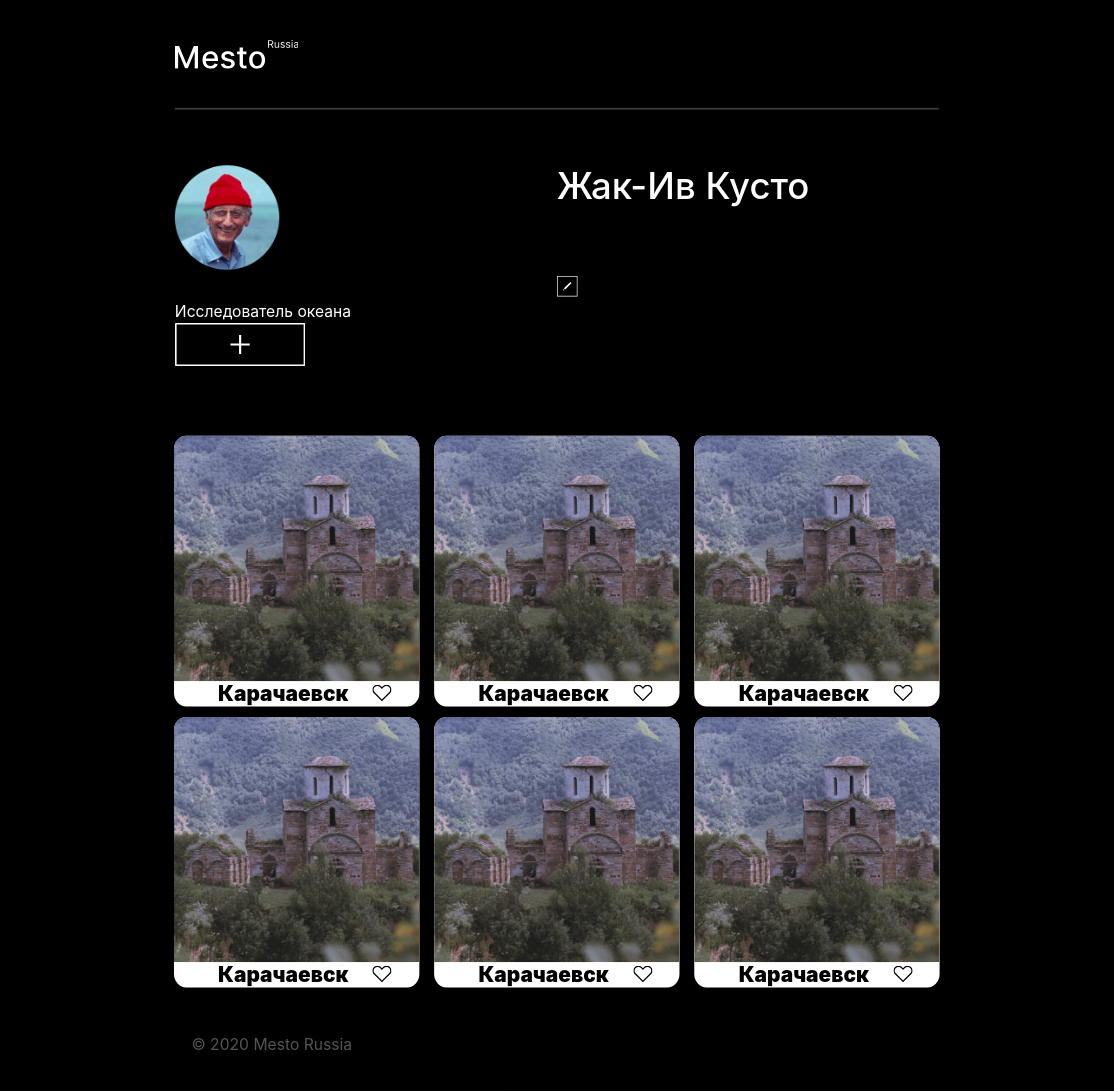
Repository: Ivan2399/mesto-project
Page: index.html
An editor plug-in stored every save of this project. The page is shown before and after the next save, followed by the edit.
The browser window is 1280 px wide. The pictures show the whole page, at 87% of full size.

Above is the page before, as saved 2021-11-16 18:18:24.

### index.html
<!DOCTYPE html>
<html lang="ru">

<head>
    <meta charset="UTF-8">
    <meta http-equiv="X-UA-Compatible" content="IE=edge">
    <meta name="viewport" content="width=device-width, initial-scale=1.0">
    <link rel="stylesheet" href="./pages/index.css" />
    <title>Mesto</title>
</head>

<body class="root">
    <div class="page">
        <header class="header">
            <div class="header__container">
                <img class="header__logo" src="images/logo/Vector.svg" alt="Логотип">
                <div class="header__line"></div>
            </div>
        </header>
        <main class="content">
            <section class="profile">
                    <div class="profile__avatar" alt="Аватарка"></div>
                    <h2 class="profile__nickname">Жак-Ив Кусто</h2>
                    <p class="profile__hobbyname">Исследователь океана</p>
                    <button class="profile__buttons_type_editig"></button>
                    <button class="profile__buttons_type_add"></button>
            </section>
            <section class="table">
                <div class="table__container table__container_mobile">
                    <div class="table__card">
                        <img class="table__image" src="images/table/Karachaevsk.png" alt="Крепость">
                        <h2 class="table__title">Карачаевск <img class="table__button table__button_active" src="images/buttons/Vector.svg" alt="Лайк"></h2>
                    </div>
                    <div class="table__card">
                        <img class="table__image" src="images/table/Karachaevsk.png" alt="Крепость">
                        <h2 class="table__title">Карачаевск <img class="table__button table__button_active" src="images/buttons/Vector.svg" alt="Лайк"></h2>
                    </div>
                    <div class="table__card">
                        <img class="table__image" src="images/table/Karachaevsk.png" alt="Крепость">
                        <h2 class="table__title">Карачаевск <img class="table__button table__button_active" src="images/buttons/Vector.svg" alt="Лайк"></h2>
                    </div>
                    <div class="table__card">
                        <img class="table__image" src="images/table/Karachaevsk.png" alt="Крепость">
                        <h2 class="table__title">Карачаевск <img class="table__button table__button_active" src="images/buttons/Vector.svg" alt="Лайк"></h2>
                    </div>
                    <div class="table__card">
                        <img class="table__image" src="images/table/Karachaevsk.png" alt="Крепость">
                        <h2 class="table__title">Карачаевск <img class="table__button table__button_active" src="images/buttons/Vector.svg" alt="Лайк"></h2>
                    </div>
                    <div class="table__card">
                        <img class="table__image" src="images/table/Karachaevsk.png" alt="Крепость">
                        <h2 class="table__title">Карачаевск <img class="table__button table__button_active" src="images/buttons/Vector.svg" alt="Лайк"></h2>
                    </div>
                </div>
            </section>
            <section class="footer">
                <h2 class="footer__logo">© 2020 Mesto Russia</h2>
            </section>
        </main>
    </div>
</body>

</html>

### pages/index.css
@import url(../blocks/root/root.css);
@import url(../blocks/page/page.css);
@import url(../blocks/content/content.css);

/* header */

@import url(../blocks/header/header.css);
@import url(../blocks/header/__container/header__container.css);
@import url(../blocks/header/__logo/header__logo.css);
@import url(../blocks/header/__line/header__line.css);

/* profile */

@import url(../blocks/profile/profile.css);
@import url(../blocks/profile/__avatar/profile__avatar.css);
@import url(../blocks/profile/__container/profile__container.css);
@import url(../blocks/profile/__buttons/profile__buttons.css);
@import url(../blocks/profile/__buttons/_type/profile__buttons_type_add.css);
@import url(../blocks/profile/__buttons/_type/profile__buttons_type_editig.css);
@import url(../blocks/profile/__hobbyname/profile__hobbyname.css);
@import url(../blocks/profile/__nickname/profile__nickname.css);
@import url(../blocks/profile/__container/_mobile/profile__container_mobile.css);

/* table */

@import url(../blocks/table/table.css);
@import url(../blocks/table/__button/table__button.css);
@import url(../blocks/table/__card/table__card.css);
@import url(../blocks/table/__container/table__container.css);
@import url(../blocks/table/__image/table__image.css);
@import url(../blocks/table/__title/table__title.css);
@import url(../blocks/table/__container/_mobile/table__container_mobile.css);
@import url(../blocks/table/__button/_active/table__button_active.css);

/* footer */

@import url(../blocks/footer/footer.css);
@import url(../blocks/footer/__logo/footer__logo.css);

### images/buttons/Vector.svg
<svg width="22" height="19" viewBox="0 0 22 19" fill="none" xmlns="http://www.w3.org/2000/svg">
<path d="M20.2991 9.78586C22.567 7.54338 22.567 3.90213 20.2991 1.68186C18.0311 -0.560619 14.3486 -0.560619 12.0806 1.68186L10.9804 2.792L9.88007 1.70406C7.61215 -0.560619 3.92957 -0.560619 1.6841 1.68186C0.583822 2.76979 0 4.21297 0 5.74496C0 7.27695 0.606277 8.72013 1.6841 9.80806L10.9804 19L20.2991 9.78586ZM1.4371 5.74496C1.4371 4.59042 1.8862 3.52469 2.71702 2.72539C3.5703 1.88168 4.67058 1.45983 5.77086 1.45983C6.87114 1.45983 7.97142 1.88168 8.8247 2.72539L10.9804 4.83465L13.136 2.70318C14.8201 1.03798 17.582 1.03798 19.2437 2.70318C20.0521 3.50248 20.5236 4.56821 20.5236 5.72276C20.5236 6.8773 20.0745 7.94303 19.2437 8.74233L10.9804 16.9351L2.71702 8.76453C1.90865 7.94303 1.4371 6.8773 1.4371 5.74496Z" fill="black"/>
</svg>

### blocks/root/root.css
.root{
    margin: 0;
    padding: 0;
    font-family: "Inter";
    color: #FFFFFF;
}
h1,h2,h3,h4,h5,h6,p{
    margin: 0;
    padding: 0;
    font-family: "Inter";
    color: #FFFFFF;
}

### blocks/page/page.css
.page {
  background-color: #000000;
  max-width: 1280px;
  margin: auto;
}

### blocks/header/header.css
.header{
    display: grid;
}

### blocks/header/__container/header__container.css
.header__container {
  margin: 0 15.7% 0 15.7%;
  max-width: 880px;
  width: 68.6%;
}

### blocks/header/__logo/header__logo.css
.header__logo{
    margin: 5.2% 0 4.7% 0;
}
@media screen and (min-width:300px) and (max-width:600px){
    .header__logo{
        width:103.74px;
        height:24.24px;
    }
}

### blocks/header/__line/header__line.css
.header__line{
    border: 1px solid #545454;
    opacity: 0.7;
}

### blocks/profile/profile.css
.profile {
  display: grid;
  grid-template-columns: repeat(2,1fr);
  margin: 5% 15.7% 0 15.7%;
  max-width: 880px;
  width: 68.6%;
}

### blocks/profile/__avatar/profile__avatar.css
.profile__avatar{
    width:168.75px;
    height:127.5px;
    background-image: url(../../../images/avatar/Avatar.png);
    background-repeat: no-repeat;
}

### blocks/profile/__container/profile__container.css
.profile__container {
  display: flex;
  align-items: center;
  flex-direction: row;
  flex-wrap: wrap;
}

### blocks/profile/__buttons/profile__buttons.css
.profile__buttons{
    display: flex;
    flex-direction: row;
    justify-content: space-between;
    align-items: center;
}

### blocks/profile/__buttons/_type/profile__buttons_type_add.css
.profile__buttons_type_add {
  width: 150px;
  height: 50px;
  background-image: url(../../../../images/buttons/Add\ Button.svg);
  background-color: black;
  border: none;
  background-size: cover;
  background-repeat: no-repeat;

  margin-bottom: 6.7%;
}
.profile__buttons_type_add:hover {
  opacity: 0.6;
  border: 2px solid #ffffff;
  box-sizing: border-box;
  border-radius: 2px;
}

### blocks/profile/__buttons/_type/profile__buttons_type_editig.css
.profile__buttons_type_editig {
  width: 24px;
  height: 24px;
  background-image: url(../../../../images/buttons/Edit\ Button.svg);
  background-color: black;
  border: none;
  background-size: cover;
  background-repeat: no-repeat;
  margin-bottom: 6.7%;
}
.profile__buttons_type_editig:hover {
  border: 1px solid #ffffff;
  box-sizing: border-box;
}

### blocks/profile/__hobbyname/profile__hobbyname.css
.profile__hobbyname {
  font-style: normal;
  font-weight: normal;
  font-size: 18px;
  line-height: 22px;

  padding-top: 6.7%;
}

### blocks/profile/__nickname/profile__nickname.css
.profile__nickname {
  font-style: normal;
  font-weight: 500;
  font-size: 42px;
  line-height: 48px;
}

### blocks/profile/__container/_mobile/profile__container_mobile.css
.profile__container_mobile{
    grid-template-columns: repeat(auto-fit,minmax(200px,1fr));
}

### blocks/table/table.css
.table{
    max-width:880px;
    margin:4% auto 0;
}

### blocks/table/__button/table__button.css
.table__button {
  width: 22px;
  height: 19px;
  /* background-image: url(../../../images/buttons/Vector.svg);
  border: none;
  background-color: white;
  background-size: cover;
  background-repeat: no-repeat; */
  align-self: flex-end;
  margin-left: 10%;
}
.table__button:hover {
  color: #000000;
  opacity: 0.5;
}

### blocks/table/__card/table__card.css
.table__card{
    max-width: 282px;
    background-color: white;

    border-radius: 5%;

    display: flex;
    flex-direction: column;
}

### blocks/table/__container/table__container.css
.table__container{
    display: grid;
    grid-template-columns: repeat(3,1fr);
    gap:2%;
}

### blocks/table/__image/table__image.css
.table__image{
    max-width: 282px;
    max-height: 282px;
    border-radius: 5% 5% 0 0 ;
}

### blocks/table/__title/table__title.css
.table__title {
  max-width: 246px;
  font-style: normal;
  font-weight: 900;
  font-size: 24px;
  line-height: 29px;

  margin-left: 18%;
  color: #000000;
}

### blocks/table/__container/_mobile/table__container_mobile.css
.table__container_mobile{
    grid-template-columns: repeat(auto-fit, minmax(280px, 1fr));
}

### blocks/table/__button/_active/table__button_active.css
.table__button_active:active{
    background-image: url(../../../../images/buttons/Union.png);
    color: black;
}

### blocks/footer/footer.css
.footer{
    max-width: 840px;
    margin: auto;
}

### blocks/footer/__logo/footer__logo.css
.footer__logo {
  font-style: normal;
  font-weight: normal;
  font-size: 18px;
  line-height: 22px;

  color: #545454;
  margin-top: 8%;
  padding-bottom: 5%;
}

Loaded but not shown: blocks/content/content.css (no stored copy; drawn as an empty file)

After the next save:
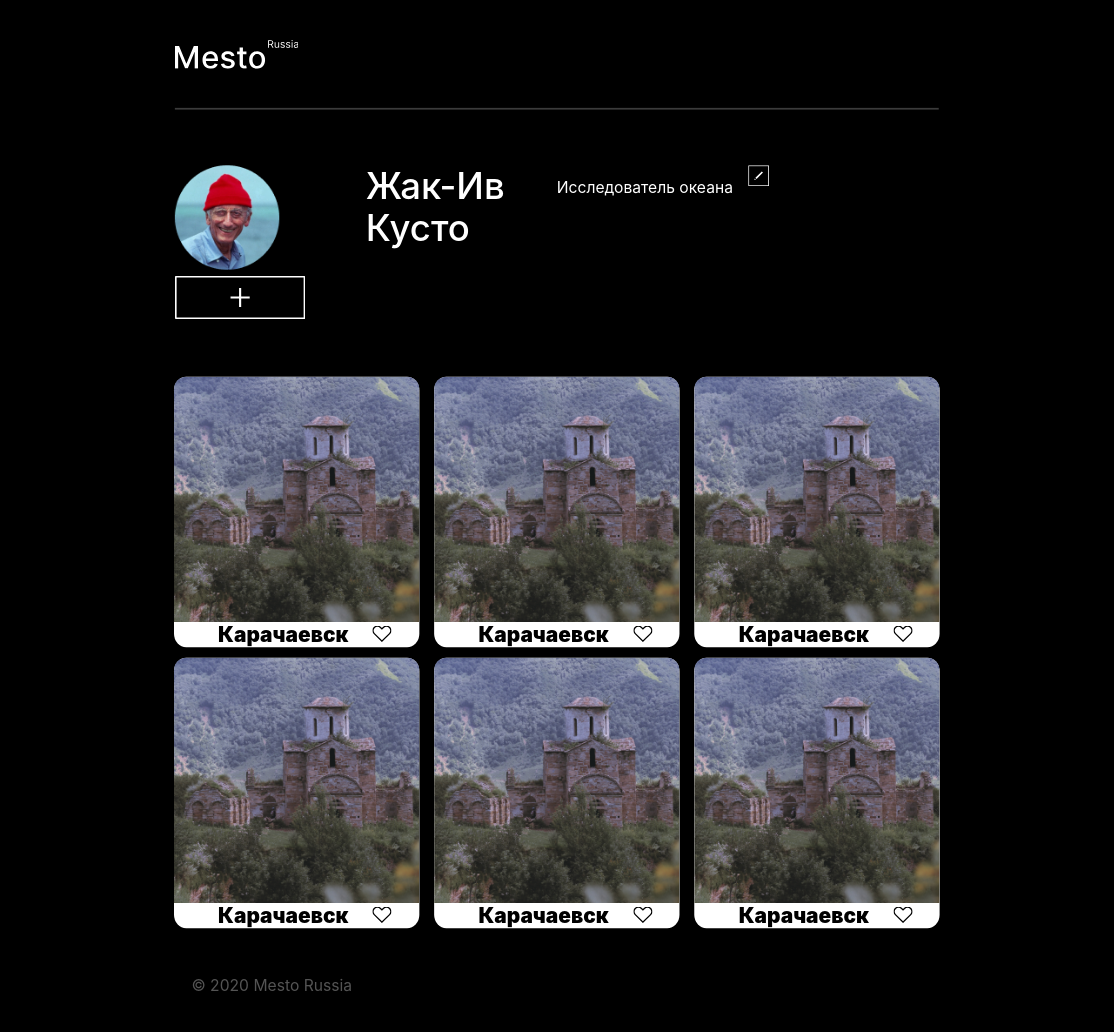
Saved 24 s later.
--- a/index.html
+++ b/index.html
@@ -18,7 +18,7 @@
             </div>
         </header>
         <main class="content">
-            <section class="profile">
+            <section class="profile profile__container_mobile" >
                     <div class="profile__avatar" alt="Аватарка"></div>
                     <h2 class="profile__nickname">Жак-Ив Кусто</h2>
                     <p class="profile__hobbyname">Исследователь океана</p>
